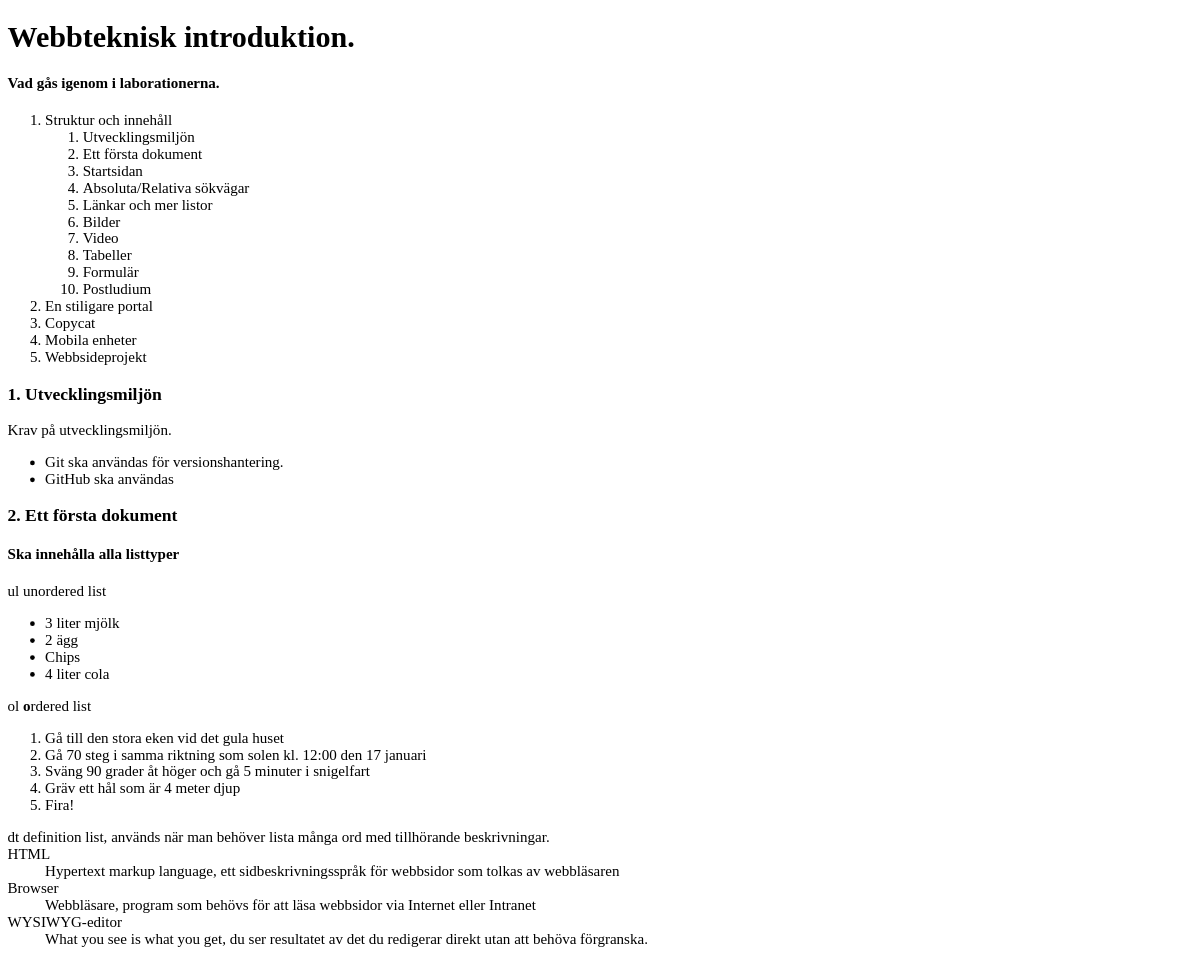
Repository: ulfek/laborationer
Page: pages/presentation.html
The author's editor kept a record of every edit. The page is drawn from the files as they stood at one moment, then again after the next edit.
The browser window is 1280 px wide. The pictures show the whole page, at 94% of full size.

Above is the page before.

After the next edit:
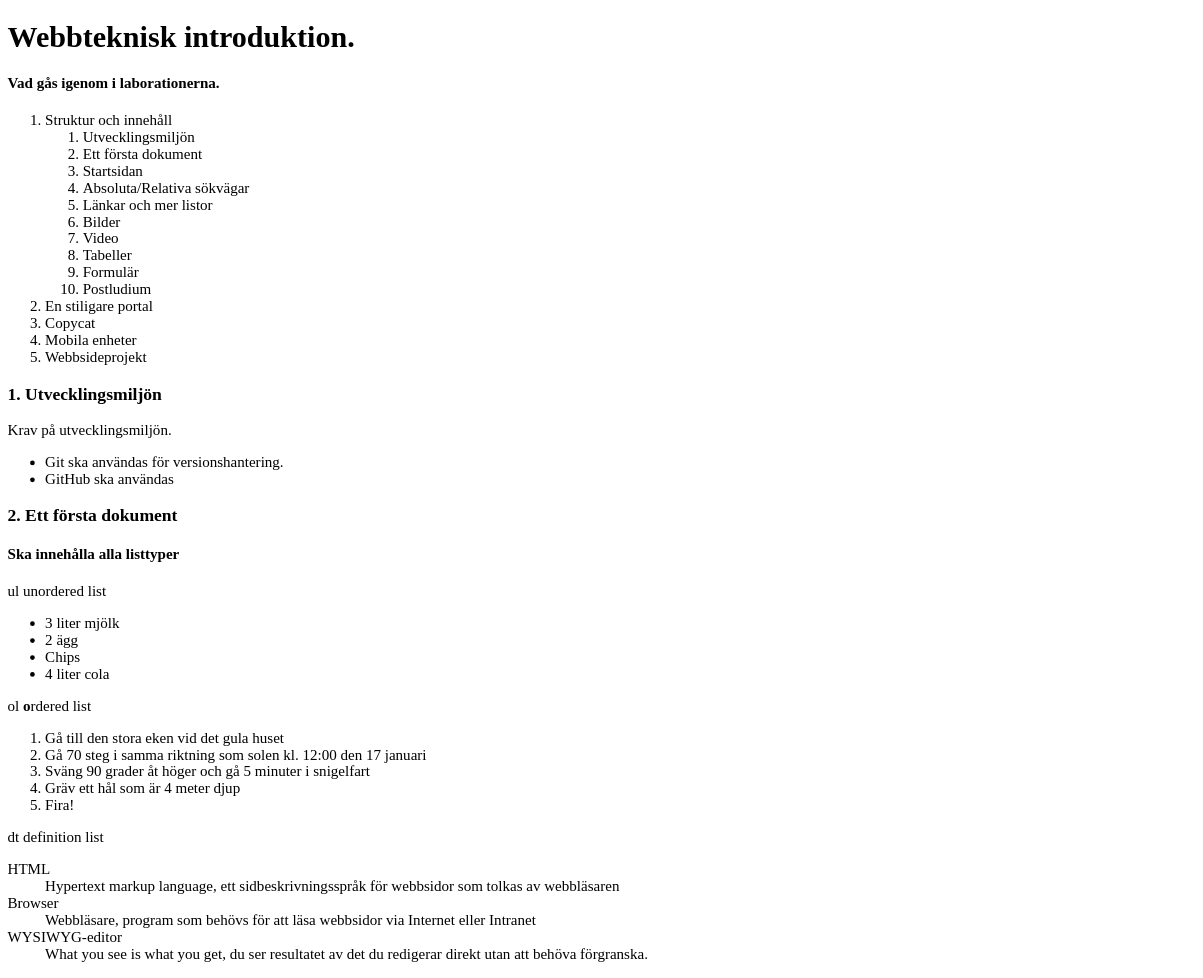
The edit:
--- a/pages/presentation.html
+++ b/pages/presentation.html
@@ -52,7 +52,8 @@
                              <li>Gräv ett hål som är 4 meter djup</li>
                              <li>Fira!</li>
                          </ol>
-                dt definition list, används när man behöver lista många ord med tillhörande beskrivningar.
+                dt definition list
+                <dl>
                         <dt>HTML</dt>
                             <dd>Hypertext markup language, ett sidbeskrivningsspråk för webbsidor som tolkas av webbläsaren</dd>
                         <dt>Browser</dt>
